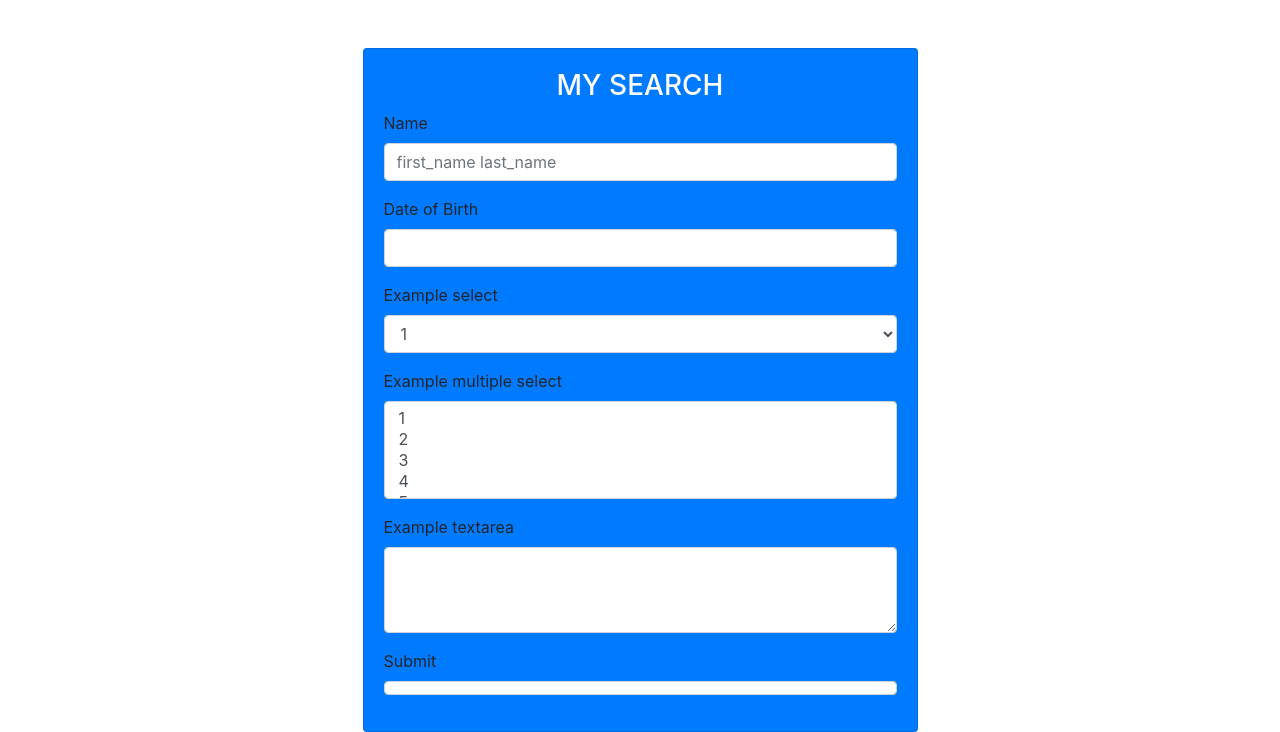
Repository: modinilesh/SpringMVC
Page: http://localhost/springmvcsearch/complex
These files come from the project's save history. The page is drawn as it stood at one moment and after the next save; the edit follows.
The browser window is 1280 px wide. The pictures show the whole page.
Some web libraries are served in a nearby version. The page is served by Tomcat 9. Other server files are loaded and not shown.

Above is the page before, as saved 2023-10-20 14:36:34.

### springmvcsearch/src/main/webapp/WEB-INF/spring-servlet.xml
<?xml version="1.0" encoding="UTF-8"?>
<beans xmlns="http://www.springframework.org/schema/beans"
	xmlns:xsi="http://www.w3.org/2001/XMLSchema-instance"
	xmlns:context="http://www.springframework.org/schema/context"
	xmlns:p="http://www.springframework.org/schema/p"
	xmlns:tx="http://www.springframework.org/schema/tx"
	xsi:schemaLocation="http://www.springframework.org/schema/beans
		http://www.springframework.org/schema/beans/spring-beans.xsd
		http://www.springframework.org/schema/context
		http://www.springframework.org/schema/context/spring-context.xsd
		http://www.springframework.org/schema/mvc
        http://www.springframework.org/schema/mvc/spring-mvc.xsd
        http://www.springframework.org/schema/tx
        http://www.springframework.org/schema/tx/spring-tx.xsd">


	<context:component-scan base-package="springmvcsearch" /> <!--it will activate all annotations used in each packages starting with
		springmvcsearch name -->

	<!--Step-3 : Configuring view Resolver -->

	<bean
		class="org.springframework.web.servlet.view.InternalResourceViewResolver"
		name="viewResolver">
		<property name="prefix" value="/WEB-INF/views/" />
		<property name="suffix" value=".jsp" />
	</bean>


</beans>

### springmvcsearch/src/main/webapp/WEB-INF/views/complex_form.jsp
<!doctype html>
<html lang="en">
<head>
<!-- Required meta tags -->
<meta charset="utf-8">
<meta name="viewport"
	content="width=device-width, initial-scale=1, shrink-to-fit=no">

<!-- Bootstrap CSS -->
<link rel="stylesheet"
	href="https://cdn.jsdelivr.net/npm/bootstrap@4.0.0/dist/css/bootstrap.min.css"
	integrity="sha384-Gn5384xqQ1aoWXA+058RXPxPg6fy4IWvTNh0E263XmFcJlSAwiGgFAW/dAiS6JXm"
	crossorigin="anonymous">

<title>Complex Form</title>
</head>
<body>

	<div class="container">

		<div class="card mx-auto mt-5 bg-primary" style="width: 50%">

			<div class="card-body">

				<h3 class="text-center text-white" style="text-transform: uppercase">My
					Search</h3>

				<form action="/success" method="post">
					<div class="form-group">
						<label for="exampleFormControlInput1">Name</label>
						<input
							type="text" class="form-control" id="exampleFormControlInput1"
							placeholder="first_name last_name" name="name">
					</div>

					<div class="form-group">
						<label for="dob">Date of Birth</label> <input type="text"
							name="date" class="form-control" id="dob" name="text" />
					</div>

					<div class="form-group">
						<label for="exampleFormControlSelect1">Example select</label> <select
							class="form-control" id="exampleFormControlSelect1"
							name="singleValue">
							<option>1</option>
							<option>2</option>
							<option>3</option>
							<option>4</option>
							<option>5</option>
						</select>
					</div>
					<div class="form-group">
						<label for="exampleFormControlSelect2">Example multiple
							select</label> <select multiple class="form-control"
							id="exampleFormControlSelect2" name="multiValue">
							<option>1</option>
							<option>2</option>
							<option>3</option>
							<option>4</option>
							<option>5</option>
						</select>
					</div>
					<div class="form-group">
						<label for="exampleFormControlTextarea1">Example textarea</label>
						<textarea class="form-control" id="exampleFormControlTextarea1"
							rows="3" name="text"></textarea>
					</div>

					<div class="form-group">
						<label for="btn">Submit</label>
						<button type="submit"
							name="submit" class="form-control" id="submit" ></button>
					</div>

				</form>

			</div>

		</div>

	</div>





	<!-- Optional JavaScript -->
	<!-- jQuery first, then Popper.js, then Bootstrap JS -->
	<script src="https://code.jquery.com/jquery-3.2.1.slim.min.js"
		integrity="sha384-KJ3o2DKtIkvYIK3UENzmM7KCkRr/rE9/Qpg6aAZGJwFDMVNA/GpGFF93hXpG5KkN"
		crossorigin="anonymous"></script>
	<script
		src="https://cdn.jsdelivr.net/npm/popper.js@1.12.9/dist/umd/popper.min.js"
		integrity="sha384-ApNbgh9B+Y1QKtv3Rn7W3mgPxhU9K/ScQsAP7hUibX39j7fakFPskvXusvfa0b4Q"
		crossorigin="anonymous"></script>
	<script
		src="https://cdn.jsdelivr.net/npm/bootstrap@4.0.0/dist/js/bootstrap.min.js"
		integrity="sha384-JZR6Spejh4U02d8jOt6vLEHfe/JQGiRRSQQxSfFWpi1MquVdAyjUar5+76PVCmYl"
		crossorigin="anonymous"></script>
</body>
</html>

### springmvcsearch/src/main/java/springmvcsearch/ComplexFormController.java
package springmvcsearch;

import org.springframework.stereotype.Controller;
import org.springframework.web.bind.annotation.RequestMapping;

@Controller
public class ComplexFormController {

	@RequestMapping("/complex")
	public String showForm() {

		return "complex_form";
	}

}

### springmvcsearch/src/main/java/springmvcsearch/SearchController.java
package springmvcsearch;

import org.springframework.stereotype.Controller;
import org.springframework.web.bind.annotation.RequestMapping;
import org.springframework.web.bind.annotation.RequestParam;
import org.springframework.web.servlet.view.RedirectView;

@Controller
public class SearchController {

	@RequestMapping("/home")
	public String home() {
		return "home";
	}

	@RequestMapping("/search")
	public RedirectView search(@RequestParam("querybox") String query) {
		String url = "https://www.google.com/search?q="+query;
		RedirectView redirectView = new RedirectView();
		redirectView.setUrl(url);
		return redirectView;
	}

}

After the next save:
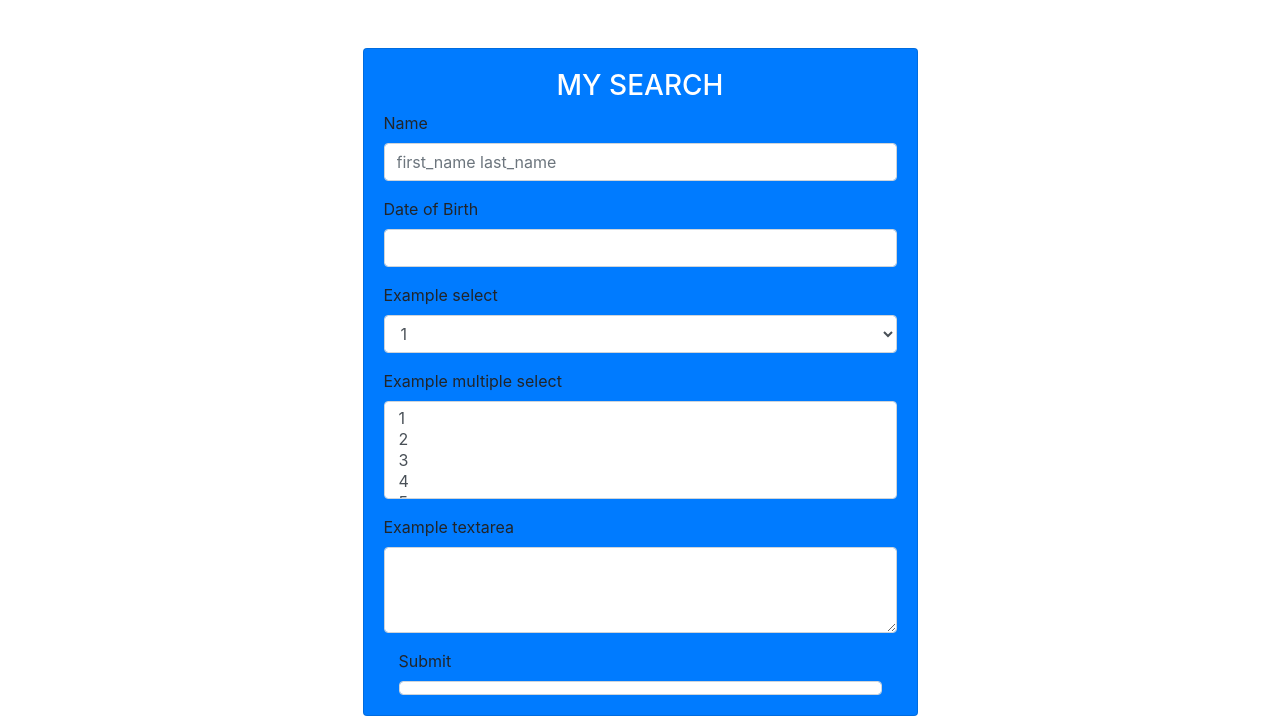
Saved 72 s later.
--- a/springmvcsearch/src/main/webapp/WEB-INF/views/complex_form.jsp
+++ b/springmvcsearch/src/main/webapp/WEB-INF/views/complex_form.jsp
@@ -66,7 +66,7 @@
 							rows="3" name="text"></textarea>
 					</div>
 
-					<div class="form-group">
+					<div class="container">
 						<label for="btn">Submit</label>
 						<button type="submit"
 							name="submit" class="form-control" id="submit" ></button>
